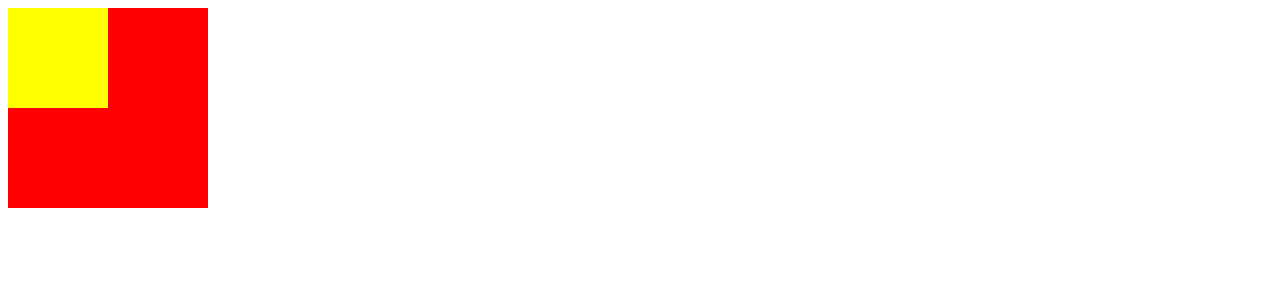
Repository: Qianfane/Blog
Page: CSS/居中测试/2.center-position-margin.html
These files come from the project's save history. The page is drawn as it stood at one moment and after the next save; the edit follows.
The browser window is 1280 px wide. The pictures show the whole page.

Above is the page before, as saved 2022-01-24 22:25:54.

### CSS/居中测试/2.center-position-margin.html
<!DOCTYPE html>
<html lang="en">
<head>
    <meta charset="UTF-8">
    <meta http-equiv="X-UA-Compatible" content="IE=edge">
    <meta name="viewport" content="width=device-width, initial-scale=1.0">
    <title>定宽高</title>
</head>
<body>
<style>
    .outer {
        width: 200px;
        height: 200px;
        background-color: red;

        position: relative;
        display: flex;
    }
    .inner {
        width: 100px;
        height: 100px;
        background-color: yellow;
        margin: auto;

        position: absolute;
        top: 0;
        left: 0;
        margin: ;

    }
</style>
<div class="outer">
    <div class="inner"></div>
</div>
</body>
</html>

After the next save:
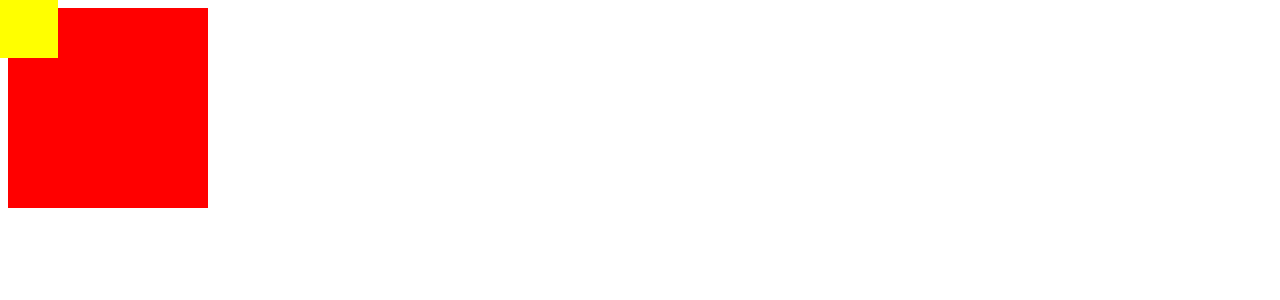
Saved 7 s later.
--- a/CSS/居中测试/2.center-position-margin.html
+++ b/CSS/居中测试/2.center-position-margin.html
@@ -25,7 +25,7 @@
         position: absolute;
         top: 0;
         left: 0;
-        margin: ;
+        margin: -50px;
 
     }
 </style>
